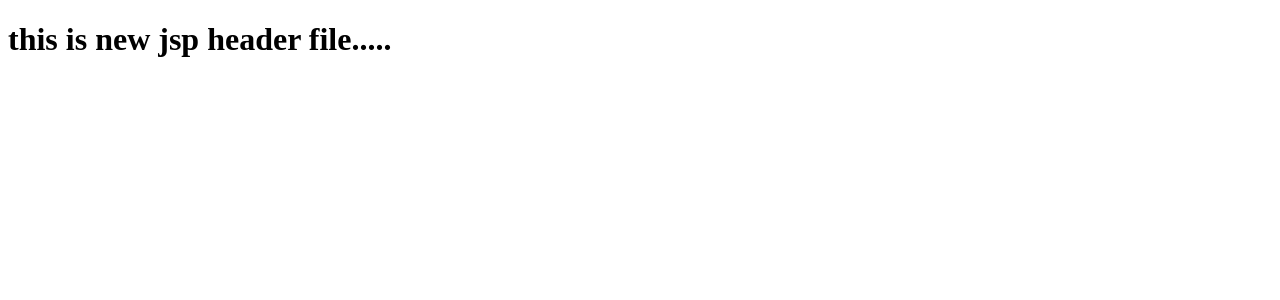
Repository: AdityaGattu/Presidio_Intern
Page: http://localhost/MiniPro/header.jsp
These files come from the project's save history. The page is drawn as it stood at one moment and after the next save; the edit follows.
The browser window is 1280 px wide. The pictures show the whole page.
The page is served by Tomcat 9. Other server files are loaded and not shown.

Above is the page before, as saved 2021-04-09 05:59:46.

### NEW/MiniPro/WebContent/header.jsp
<%@ page language="java" contentType="text/html; charset=UTF-8"
    pageEncoding="UTF-8"%>
<!DOCTYPE html>
<html>
<head>
<meta charset="ISO-8859-1">
<title>Insert title here</title>
</head>
<body>
<h1>this is new jsp header file.....</h1>
</body>
</html>

After the next save:
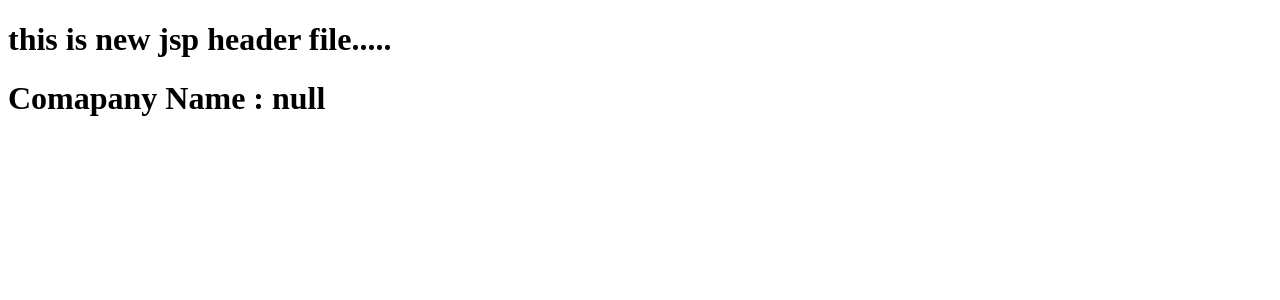
Saved 5 min 16 s later.
--- a/NEW/MiniPro/WebContent/header.jsp
+++ b/NEW/MiniPro/WebContent/header.jsp
@@ -8,5 +8,6 @@
 </head>
 <body>
 <h1>this is new jsp header file.....</h1>
+<h1>Comapany Name : <%= request.getParameter("cname") %></h1>
 </body>
 </html>
